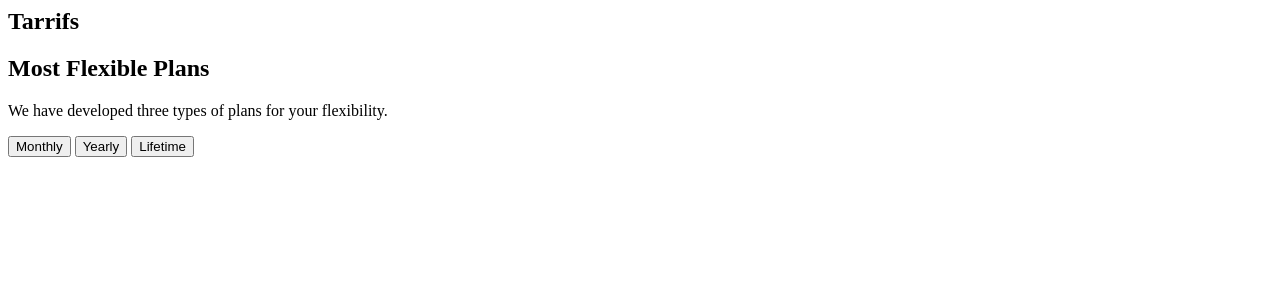
Repository: sanyathecreator/udrive-carsharing
Page: index.tarrifs.partial.html
These files come from the project's save history. The page is drawn as it stood at one moment and after the next save; the edit follows.
The browser window is 1280 px wide. The pictures show the whole page.

Above is the page before, as saved 2025-09-11 00:07:09.

After the next save:
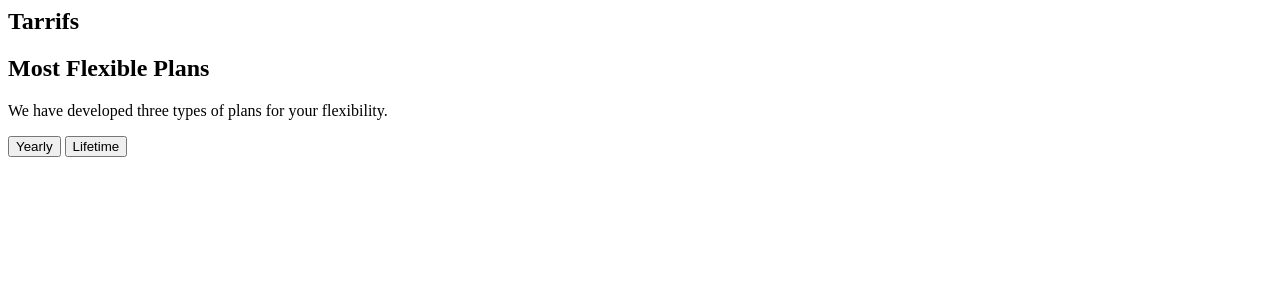
Saved 54 s later.
--- a/index.tarrifs.partial.html
+++ b/index.tarrifs.partial.html
@@ -6,6 +6,6 @@
     </div>
 
     <div class="tabs" role="tablist" aria-label="Tarrifs">
-      <button class="tab is active" role="tab" aria-selected="true" aria-controls="monthly" id="monthly-tab" tabindex="0">Monthly</button>
+      <button class="tab is active"
       <button class="tab" role="tab" aria-selected="false" aria-controls="yearly" id="yearly-tab" tabindex="-1">Yearly</button>
       <button class="tab" role="tab" aria-selected="false" aria-controls="lifetime" id="lifetime-tab" tabindex="-1">Lifetime</button>
